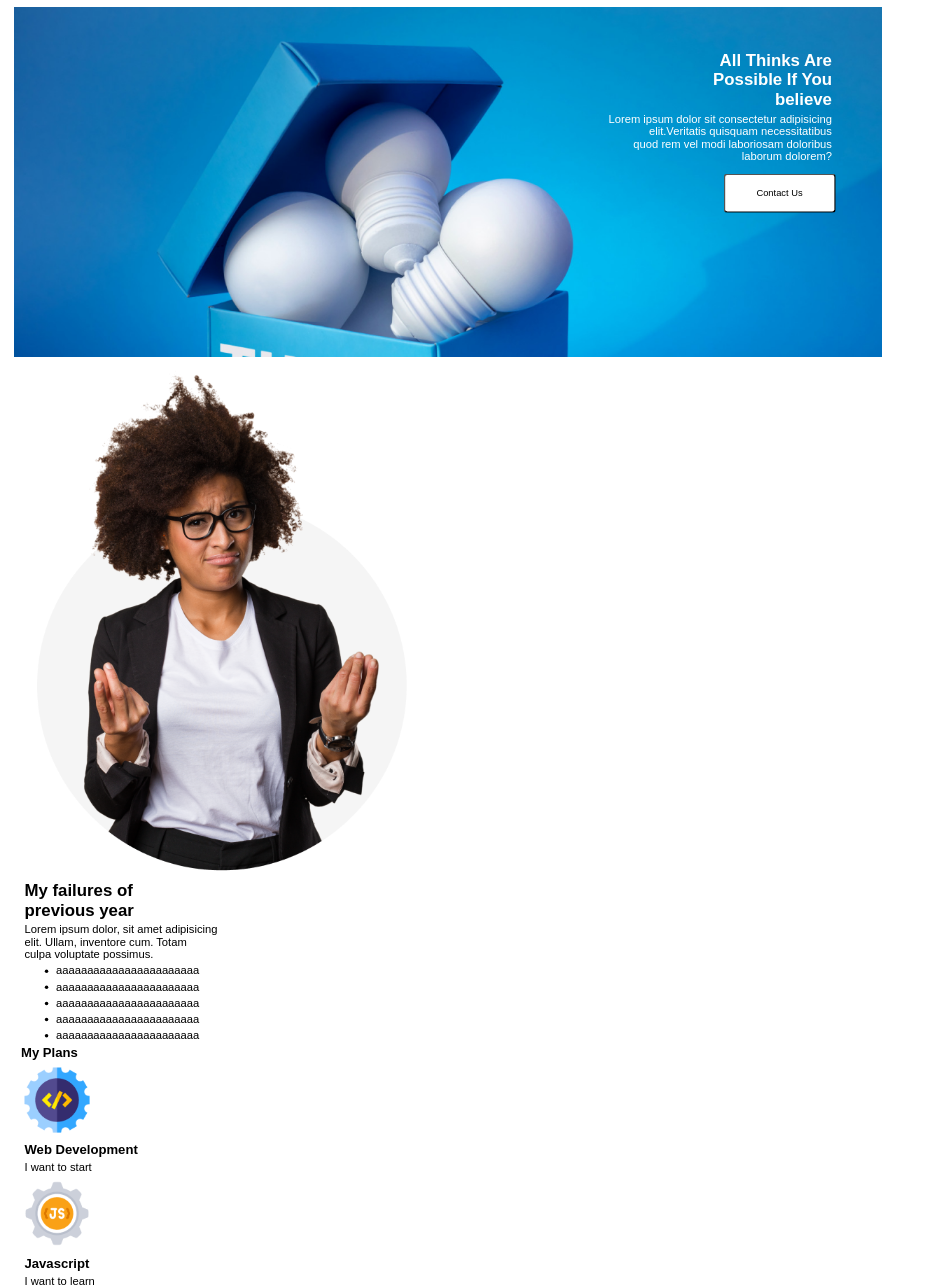
Repository: sadiaafsana138/All-Thinks-Are-Possible-Website
Page: index.html
An editor plug-in stored every save of this project. The page is shown before and after the next save, followed by the edit.
The browser window is 1280 px wide. The page is 1344 px wide, so the pictures cover 1344 px, including what lies to the right of the window. The pictures show the part of the page from y = 0 to 1840 px (the page is 3411 px tall before and 3719 px after), at 70% of full size.
Backgrounds fixed to the window are drawn as part of the page.

Above is the page before, as saved 2023-01-08 10:06:42.

### index.html
<!DOCTYPE html>
<html lang="en">

<head>
    <meta charset="UTF-8">
    <meta http-equiv="X-UA-Compatible" content="IE=edge">
    <meta name="viewport" content="width=device-width, initial-scale=1.0">
    <title>First Website</title>
    <link rel="stylesheet" href="styles/web.css">
</head>

<body>
    <!-- header -->
    <header>
        <section class="section1">
            <div>
                <h1 id="head-text1">
                    All Thinks Are<br>Possible If You<br>believe
                </h1>
                <p id="head-text2" >Lorem ipsum dolor sit consectetur adipisicing<br>elit.Veritatis quisquam necessitatibus <br>quod rem vel modi laboriosam doloribus<br>laborum dolorem?
                </p>
                <button id="button1">
                    Contact Us
                </button>
            </div>
        </section>
    </header>
    <main>
        <!--next sections-->
        <section>
            <div>
                <img src="images/person.png" alt="person">
                <div>
                    <h2>
                        My failures of <br>
                        previous year
                    </h2>
                    <p>
                        Lorem ipsum dolor, sit amet adipisicing <br>
                        elit. Ullam, inventore cum. Totam <br>
                        culpa voluptate possimus.
                    </p>
                    <ul>
                        <li>aaaaaaaaaaaaaaaaaaaaaaa</li>
                        <li>aaaaaaaaaaaaaaaaaaaaaaa</li>
                        <li>aaaaaaaaaaaaaaaaaaaaaaa</li>
                        <li>aaaaaaaaaaaaaaaaaaaaaaa</li>
                        <li>aaaaaaaaaaaaaaaaaaaaaaa</li>
                    </ul>
                </div>
            </div>
        </section>

        <!--section 3-->
        <section>
            <div>
                <h3>
                    My Plans
                </h3>
                <div>
                    <img src="images/icons/web.png" alt=""><br>
                    <H3>Web Development</H3>
                    <p>I want to start</p>
                </div>
                <div>
                    <img src="images/icons/js.png" alt=""><br>
                    <H3>Javascript</H3>
                    <p>I want to learn</p>
                </div>
                <div>
                    <img src="images/icons/smoke.png" alt=""><br>
                    <H3>smoking habit</H3>
                    <p>I want to end</p>
                </div>
                <div>
                    <img src="images/icons/ecom.png" alt=""><br>
                    <H3>E-commerce</H3>
                    <p>I want to develop</p>
                </div>
            </div>
            <div>
                <img src="images/watch.png" alt="">
                <img src="images/gradient1.png" alt="">
                <div>
                    <h3>Always Keep positive Mindset</h3><br>
                    <button>Call now</button>
                </div>
            </div>
        </section>

    </main>
    <footer>
        <Section>
            <div>
                <h2>Future</h2><br>
                <p>Lorem ipsum dolor sit amet consectetur adipisicing elit. Totam ullam accusamus sequi dolor dolores,
                    suscipit dignissimos aut doloribus officiis explicabo distinctio dolore, quo perspiciatis odio magni
                    at tempore neque reiciendis.
                </p><br>
                <p>Email: XXXXXX@gmail.com</p><br>
                <P>phone-no: 01516656595</P><br>
                <ul>
                    <li><img src="images/icons/fb.png" alt=""></li>
                    <li><img src="images/icons/youtube.png" alt=""></li>
                    <li><img src="images/icons/twitter.png" alt=""></li>
                </ul>
            </div>
            <div>
                <h3>subscribe</h3><br>
                <input type="email" plavceholder="Enter Your Email"><br>
                <button>subscribe here</button>
            </div>
        </Section>
    </footer>
</body>

</html>

### styles/web.css
*{
margin: 5px 5px ;
font-family: Arial, Helvetica, sans-serif;
}
.section1{
    background-image:url(../images/banner/banner3.png);
    height: 500px;
    width:cover;
    background-repeat: no-repeat;
    background-color: blue;
    background-attachment: fixed;
}
#head-text1{
    color: white;
    padding-left: 50% ;
    padding-right:5%;
    padding-top: 5%;
    text-align: right;
    Font-style: Bold;
}
#head-text2{
    color: white;
    padding-left: 50% ;
    padding-right:5%;
    text-align: right;
}
#button1{
    margin-top: 10px;
    width: 160px;
    height: 56px;
    left: 640px;
    top: 438px;
    text-align: center;
    align-items: right;
    background: white;
    border-radius: 5px;
    margin-right: 150px;
    margin-left: 82%;
    align-content: right;
}

After the next save:
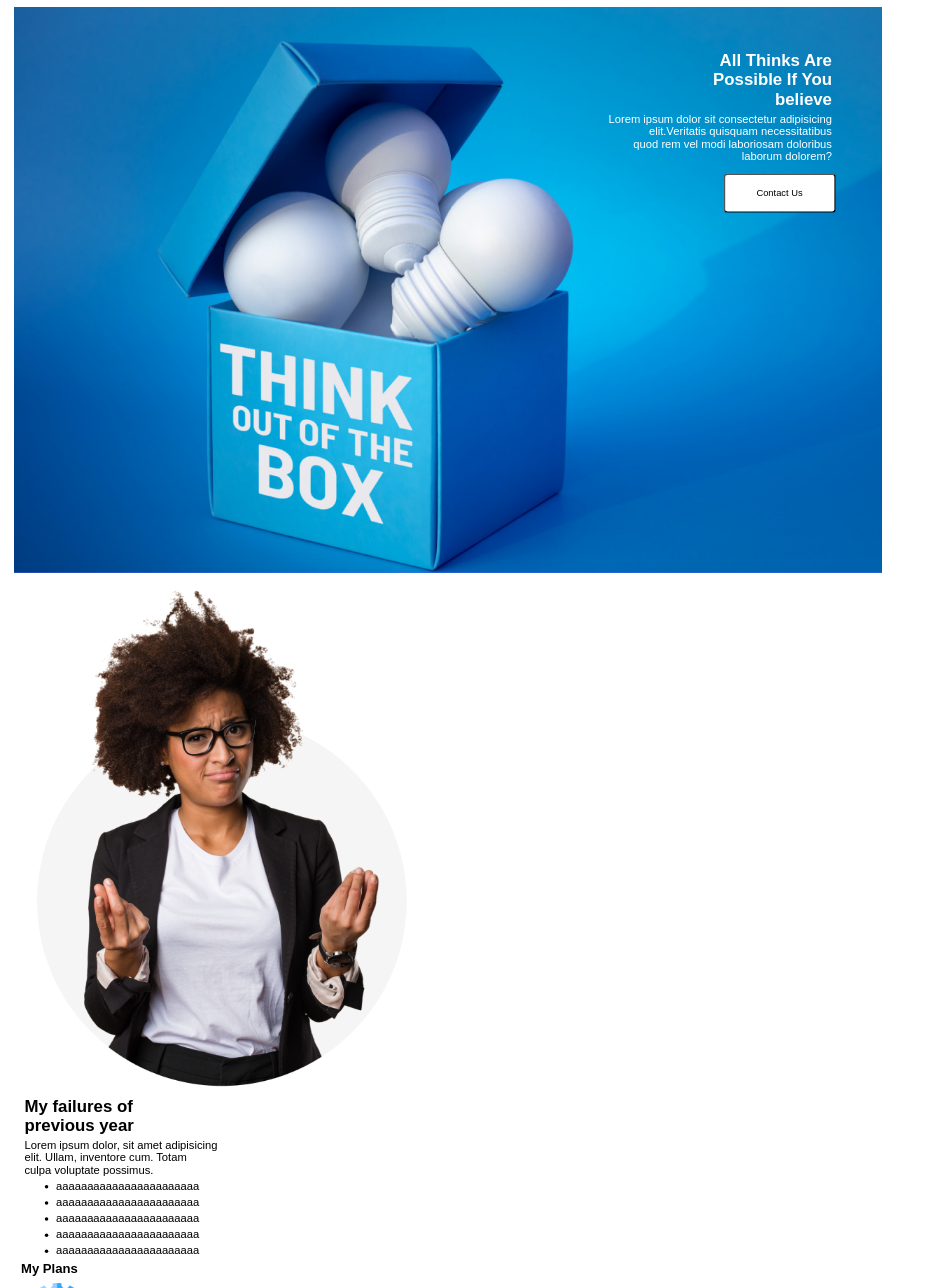
Saved 100 s later.
--- a/styles/web.css
+++ b/styles/web.css
@@ -4,11 +4,11 @@ font-family: Arial, Helvetica, sans-serif;
 }
 .section1{
     background-image:url(../images/banner/banner3.png);
-    height: 500px;
+    height: 808px;
     width:cover;
     background-repeat: no-repeat;
     background-color: blue;
-    background-attachment: fixed;
+
 }
 #head-text1{
     color: white;
